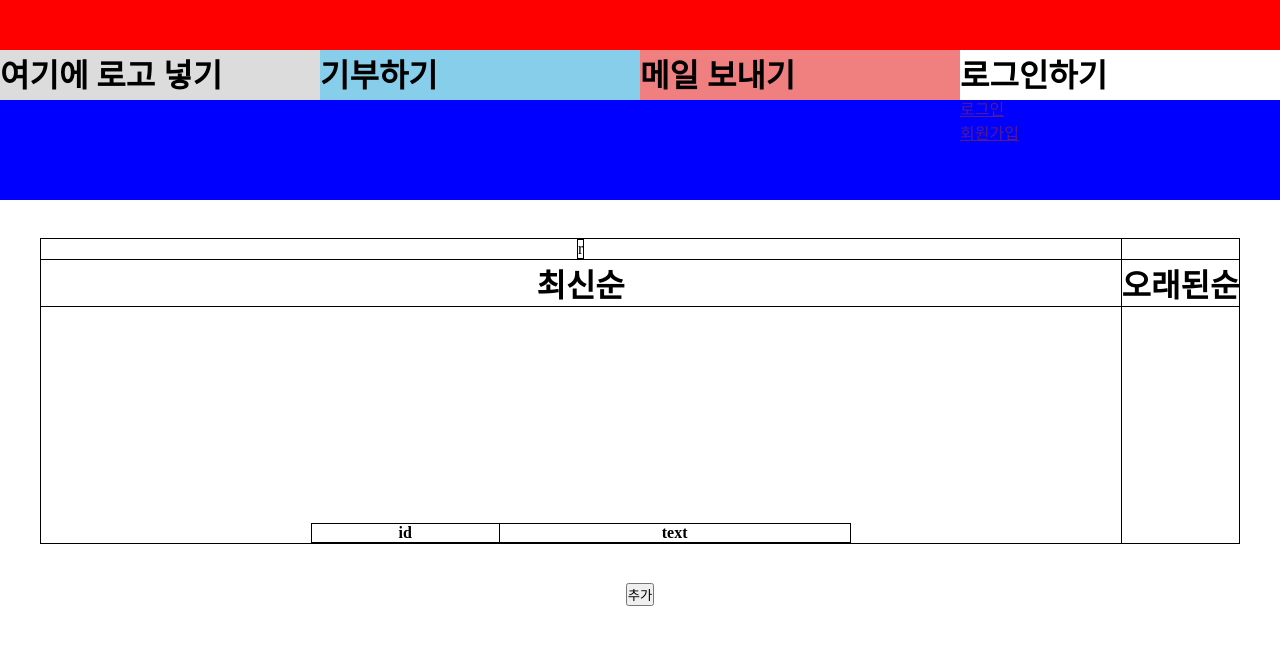
Repository: Yeojin0523/Survey
Page: http://localhost/Blog/Blog/list.jsp
These files come from the project's save history. The page is drawn as it stood at one moment and after the next save; the edit follows.
The browser window is 1280 px wide. The pictures show the whole page.
The page is served by Tomcat 9. Other server files are loaded and not shown. The template is opened directly, without the code that normally fills it, so the values that code supplies are empty.

Above is the page before, as saved 2024-07-29 05:23:10.

### Blog/src/main/webapp/Blog/list.jsp
<%@ page language="java" contentType="text/html; charset=UTF-8"
	pageEncoding="UTF-8"%>
<%@ page import="java.util.List"%>
<%@ page import="java.util.ArrayList"%>
<%@ page import="java.sql.DriverManager"%>
<%@ page import="java.sql.ResultSet"%>
<%@ page import="java.sql.PreparedStatement"%>
<%@ page import="java.sql.Connection"%>
<%@ page import="java.sql.SQLException"%>

<%
Connection conn = null;
PreparedStatement pstmt = null;
ResultSet rs = null;
%>

<!DOCTYPE html>
<html>
<head>
<meta charset="UTF-8">
<title>my blog</title>
<script src="list.js"></script>
<link rel="stylesheet" href="list.css">
</head>
<body>
	<div class="wrapper">
		<div class="wrap">
			<div class="top_gnb_area"></div>
			<div class="top_area">
				<div class="logo_area">
					<h1>여기에 로고 넣기</h1>
				</div>
				<div class="donate_area">
					<h1>기부하기</h1>
				</div>

				<div class="mail_area">
					<h1>메일 보내기</h1>
				</div>
				<div class="login_area">
					<h1>로그인하기</h1>
					<!-- 로그인 안한 상태 -->
					<c:if test="${memeber == null}">
						<div class="loginBtn">
							<a href="">로그인</a>
						</div>
						<span><a href="">회원가입</a></span>
					</c:if>
				</div>
			</div>
		</div>
	</div>




	<div class="frame">
		<table class="outer_table">
			<tr>
				<td>
					<table class="category_table">
						<tr>
							<td>r</td>
						</tr>
					</table>
				</td>
			</tr>
			<tr>
				<td>
					<h1>최신순</h1>
				</td>
				<td>
					<h1>오래된순</h1>
				</td>
			</tr>
			<tr>
				<td colspan="">
					<div class="content">
						<div class="donateList">
							<table class="inner_table">
								<tr>
									<th>id</th>
									<th>text</th>
								</tr>
								<%
								try {
									Class.forName("oracle.jdbc.driver.OracleDriver");
									conn = DriverManager.getConnection("jdbc:oracle:thin:@localhost:1521:XE", "c##systemid", "systempwd");
									String sql = "SELECT * FROM blog";
									pstmt = conn.prepareStatement(sql);
									rs = pstmt.executeQuery();

									while (rs.next()) {
										out.println("<tr>");
										out.println("<td>" + rs.getInt("seq") + "</td>");
										out.println("<td>" + rs.getString("text") + "</td>");
										out.println("</tr>");
									}
								} catch (Exception e) {
									e.printStackTrace();
								} finally {
									try {
										if (rs != null)
									rs.close();
										if (pstmt != null)
									pstmt.close();
										if (conn != null)
									conn.close();
									} catch (Exception e) {
										e.printStackTrace();
									}
								}
								%>
							</table>
						</div>
					</div>
				</td>
			</tr>
		</table>
	</div>


	<div class="button_area">
		<button id="insertBtn">추가</button>
	</div>
</body>
</html>

### Blog/src/main/webapp/Blog/list.js
/** list.js의 script file
 *
 */
document.addEventListener("DOMContentLoaded", function(){
	document.getElementById("insertBtn").addEventListener("click", function(){
		window.location.href="InsertForm.jsp";
	});
});

### Blog/src/main/webapp/Blog/list.css
@charset "UTF-8";
*{
	margin:0;
	padding:0;
}
/*화면 전체*/
.wrapper{
	width:100%;
}
/*content 랩*/
.content{
	width:1080px;
	margin:auto;
}
.top_gnb_area{
	width:100%;
	height:50px;
	background-color: red;
}
.top_area{
	width:100%;
	height:150px;
	background-color: blue;
	align-items: center;
}
.logo_area{
	width:25%;
	height:50px;
	background-color: gainsboro;
	float:left;
}
.donate_area{
	width:25%;
	height:50px;
	background-color: skyblue;
	float:left;
}
.mail_area{
	width:25%;
	height:50px;
	background-color: lightcoral;
	float:left;
}
.login_area{
	width:25%;
	height:50px;
	background-color: white;
	float:right;
}
table{
	margin-left:auto;
	margin-right:auto;
	text-align: center;
}
table, td, th{
	border-collapse: collapse;
	border:1px solid black;
}
.outer_table{
	margin-top:3%;
}
.inner_table{
	margin-top:20%;
	width:50%;
	height:50%;
}
.button_area{
	text-align: center;
	padding:3%;
}

After the next save:
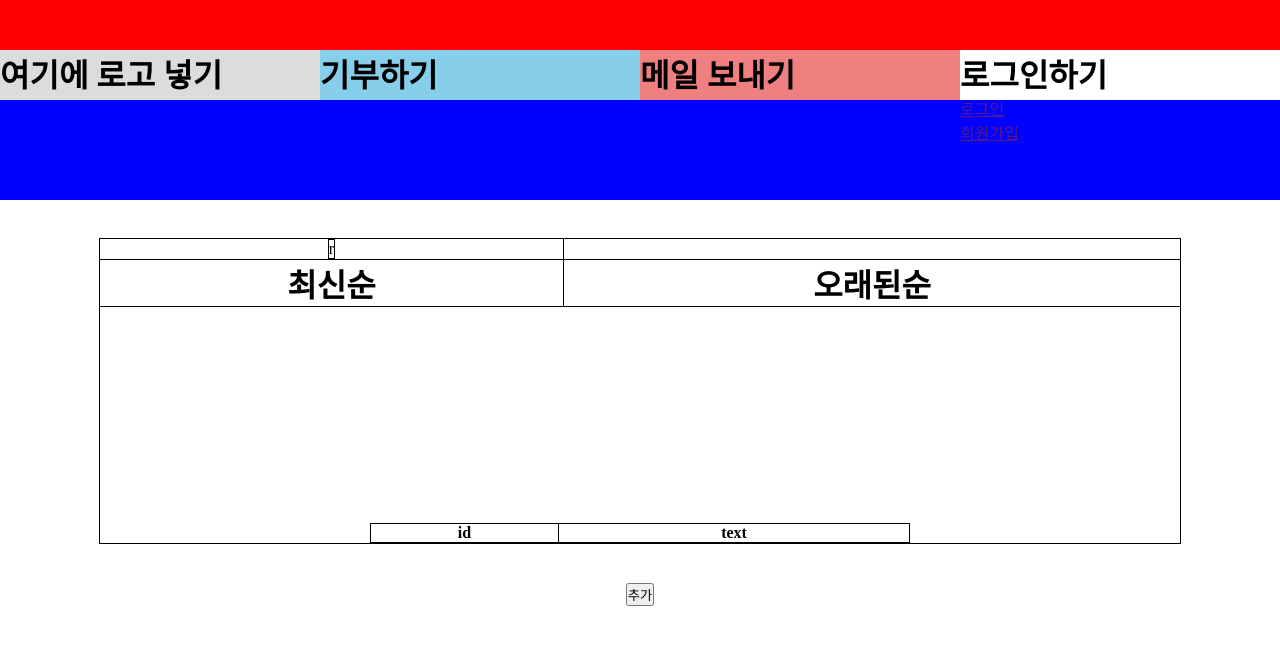
Saved 31 s later.
--- a/Blog/src/main/webapp/Blog/list.jsp
+++ b/Blog/src/main/webapp/Blog/list.jsp
@@ -74,7 +74,7 @@ ResultSet rs = null;
 				</td>
 			</tr>
 			<tr>
-				<td colspan="">
+				<td colspan="2">
 					<div class="content">
 						<div class="donateList">
 							<table class="inner_table">
